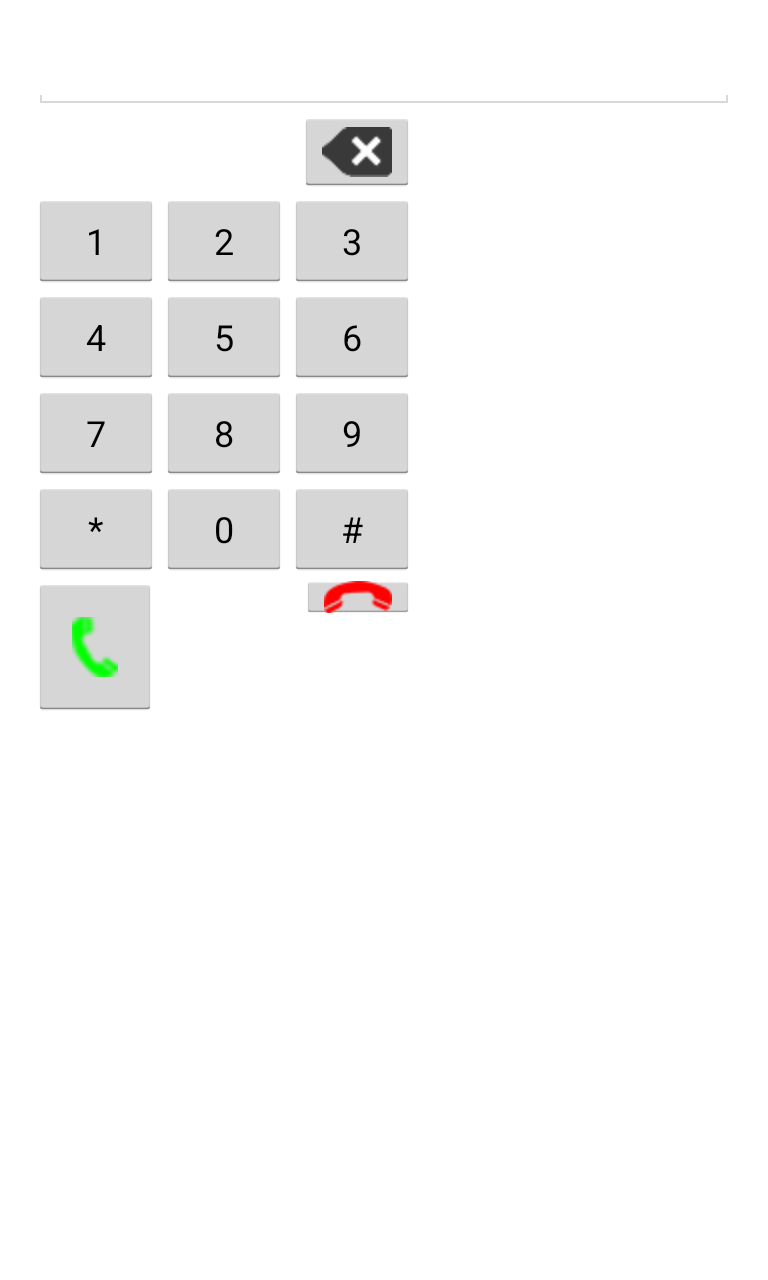
Repository: andreeastoican/Laborator03
Layout: PhoneDialer/res/layout/activity_phone_dialer.xml
The author's editor kept a copy of each file at every save. The layout is drawn from the files as they stood at one save, then again after the next save.
It is drawn on a 768 x 1280 px phone screen (xhdpi) without system bars, with theme AppTheme; the app's code is not run.

Above is the layout before, as saved 2015-03-10 10:31:43.

After the next save:
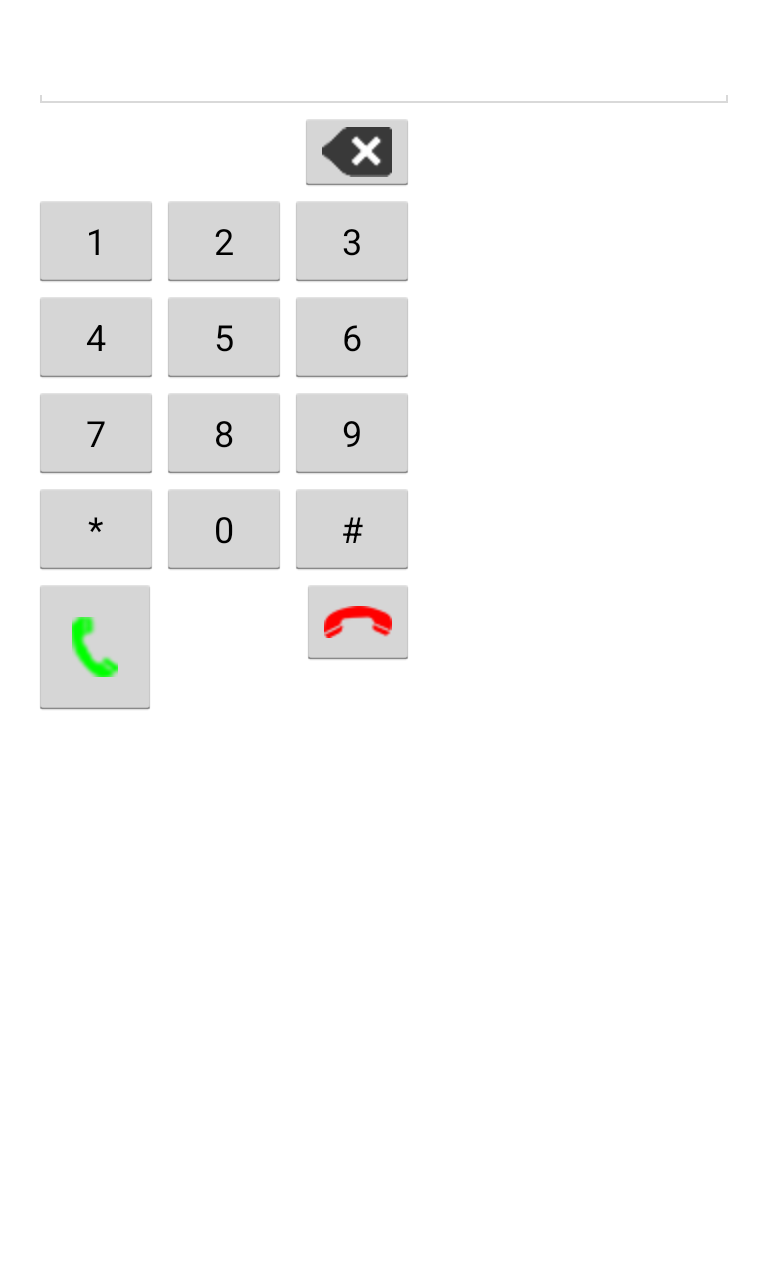
Saved 62 s later.
--- a/PhoneDialer/res/layout/activity_phone_dialer.xml
+++ b/PhoneDialer/res/layout/activity_phone_dialer.xml
@@ -129,7 +129,7 @@
 	        android:src="@drawable/hangup"
 	        android:layout_columnSpan="2"
 	        android:layout_gravity="right"
-	 		android:layout_height="20dp"
+	 		android:layout_height="45dp"
 		    />
     </GridLayout>
     "
